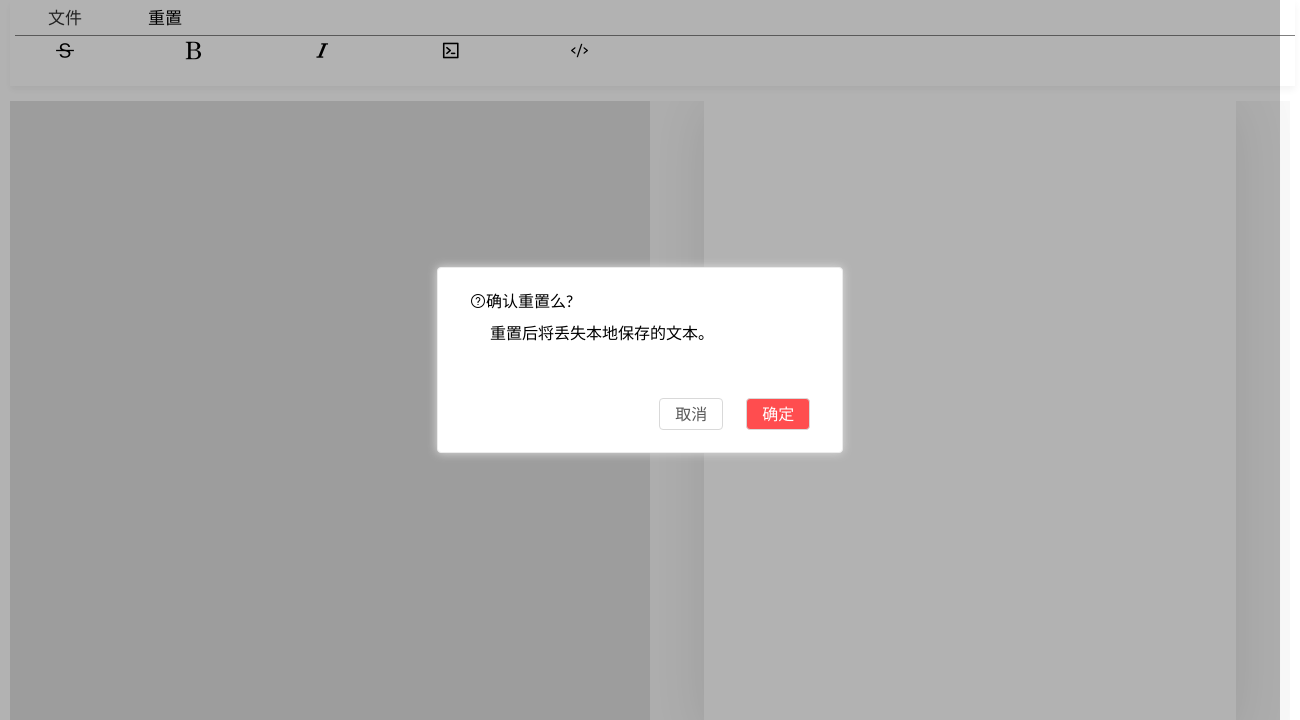
Repository: Wanghd6/Task
Page: / (app in task3_md_react/), after clicking the first element matching `li.reseticon`
An editor plug-in stored every save of this project. The page is shown before and after the next save, followed by the edit.
The browser window is 1280 px wide. The page is 1300 px wide, so the pictures cover 1300 px, including what lies to the right of the window. The pictures show the whole page.
The project was rebuilt for these pictures with package versions that can differ from the ones it lists, and the page was loaded fresh each time.

Above is the page before, as saved 2024-09-25 20:38:28.

After the next save:
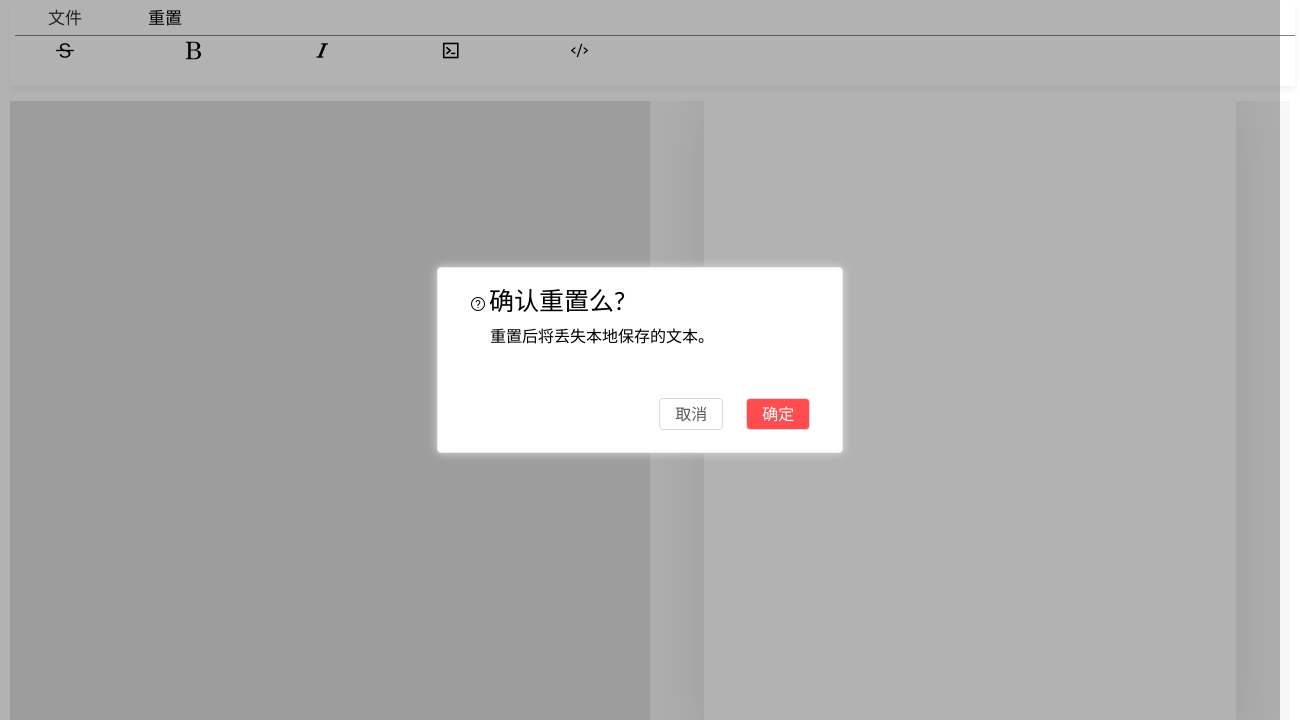
Saved 5 min 1 s later.
--- a/task3_md_react/src/style.css
+++ b/task3_md_react/src/style.css
@@ -400,7 +400,7 @@ table tr td:nth-of-type(n) {
     color: #faad14;
 }
 
-.reset .tittle .resetfont {
+.resetfont {
     font-size: 25px;
     padding: 3px;
     line-height: 25px;
